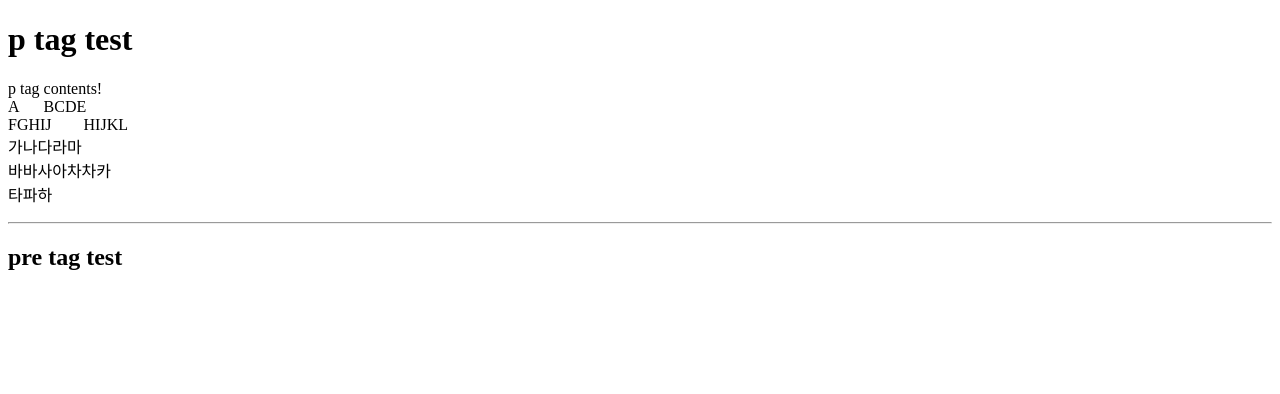
Repository: jihoonys82/weblec
Page: Front/WebContent/Ex01_HTML_tag/tagEx_02.html
An editor plug-in stored every save of this project. The page is shown before and after the next save, followed by the edit.
The browser window is 1280 px wide. The pictures show the whole page.

Above is the page before, as saved 2018-07-23 10:04:01.

After the next save:
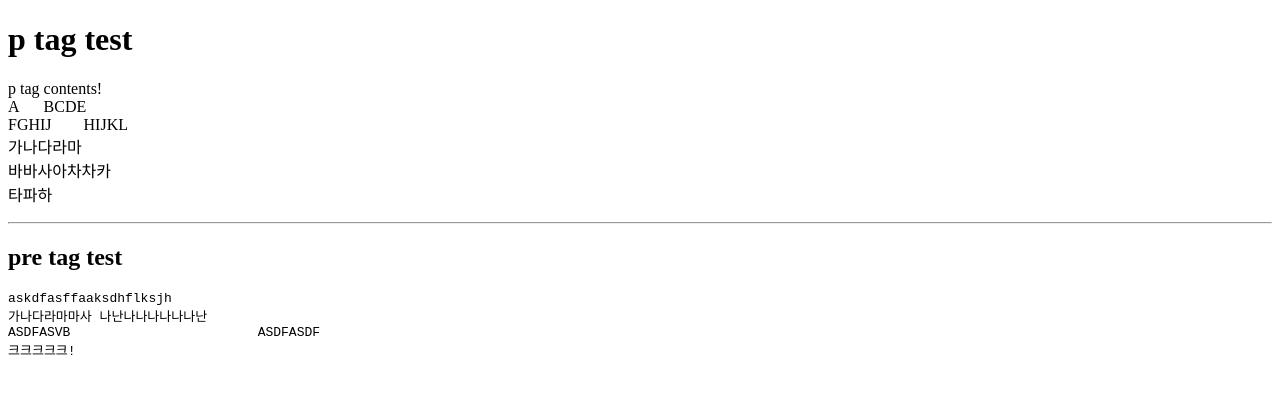
Saved 2 min 53 s later.
--- a/Front/WebContent/Ex01_HTML_tag/tagEx_02.html
+++ b/Front/WebContent/Ex01_HTML_tag/tagEx_02.html
@@ -25,7 +25,12 @@ FGHIJ&emsp;&emsp;HIJKL<br>
 <hr> <!-- horizontal line -->
 
 <h2> pre tag test</h2>
-
+<pre>
+askdfasffaaksdhflksjh
+가나다라마마사 나난나나나나나나난
+ASDFASVB			ASDFASDF
+크크크크크!
+</pre>
 </div>
 
 </body>
